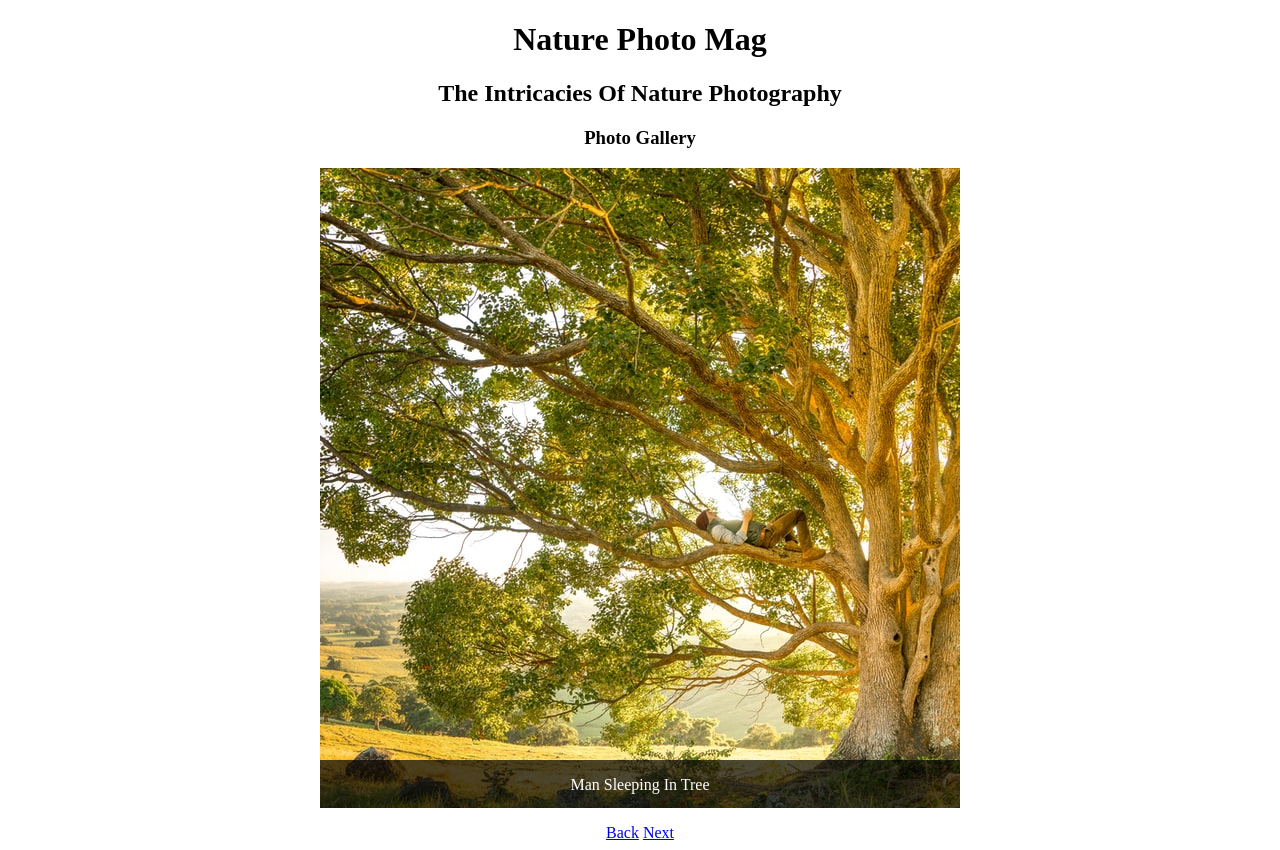
Repository: alexmaddux99/Image-Gallery
Page: index.html
These files come from the project's save history. The page is drawn as it stood at one moment and after the next save; the edit follows.
The browser window is 1280 px wide. The pictures show the whole page.

Above is the page before, as saved 2022-03-08 13:08:52.

After the next save:
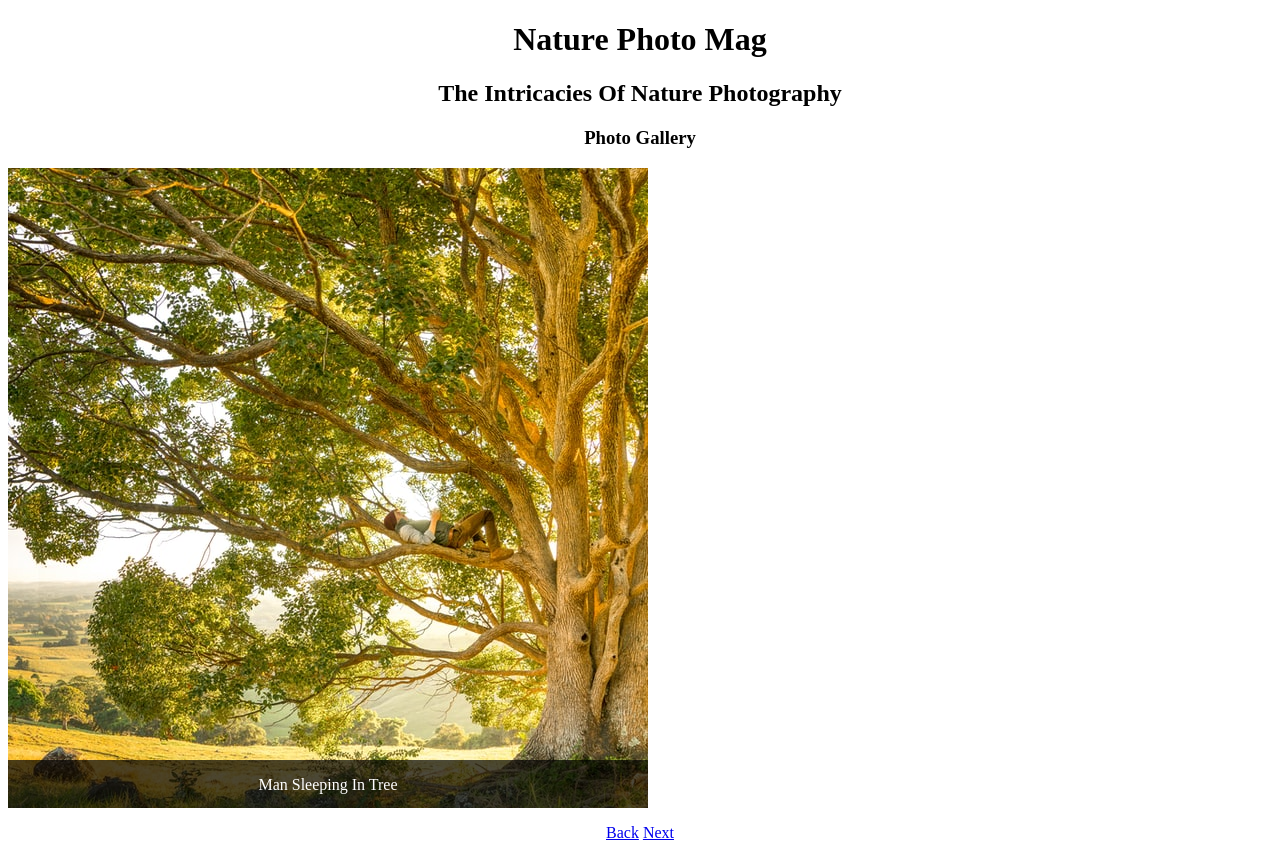
Saved 74 s later.
--- a/css/main.css
+++ b/css/main.css
@@ -7,8 +7,9 @@
 }
 
 section {
-  width: 640px;
-  margin: auto;
+  height: auto;
+
+  max-width: 100%;
 }
 
 .frame {

After the 2 saves that followed:
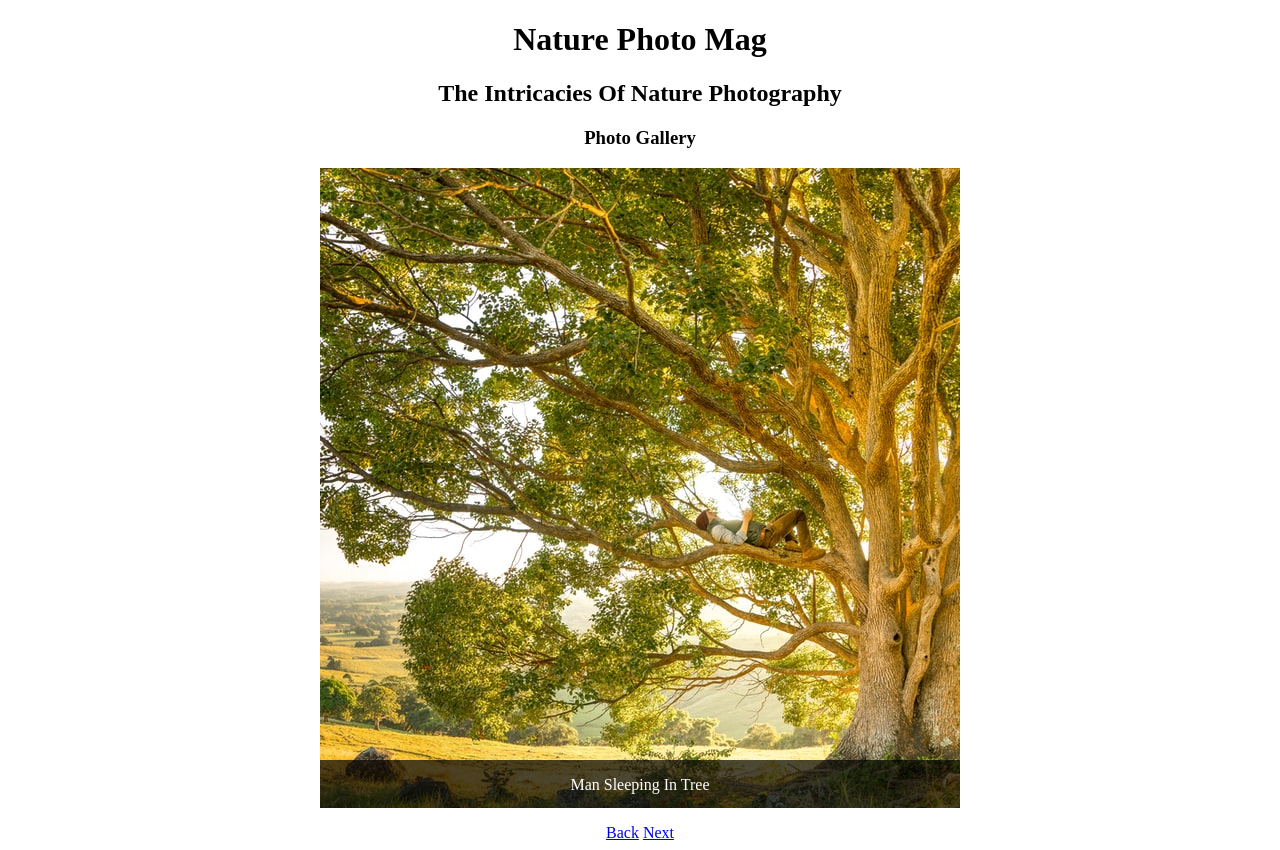
The 2 saves are shown as one change because 1 left the picture as it was.
The last was saved 15 s later.
--- a/css/main.css
+++ b/css/main.css
@@ -7,9 +7,8 @@
 }
 
 section {
-  height: auto;
-
-  max-width: 100%;
+  width: 640px;
+  margin: auto;
 }
 
 .frame {
